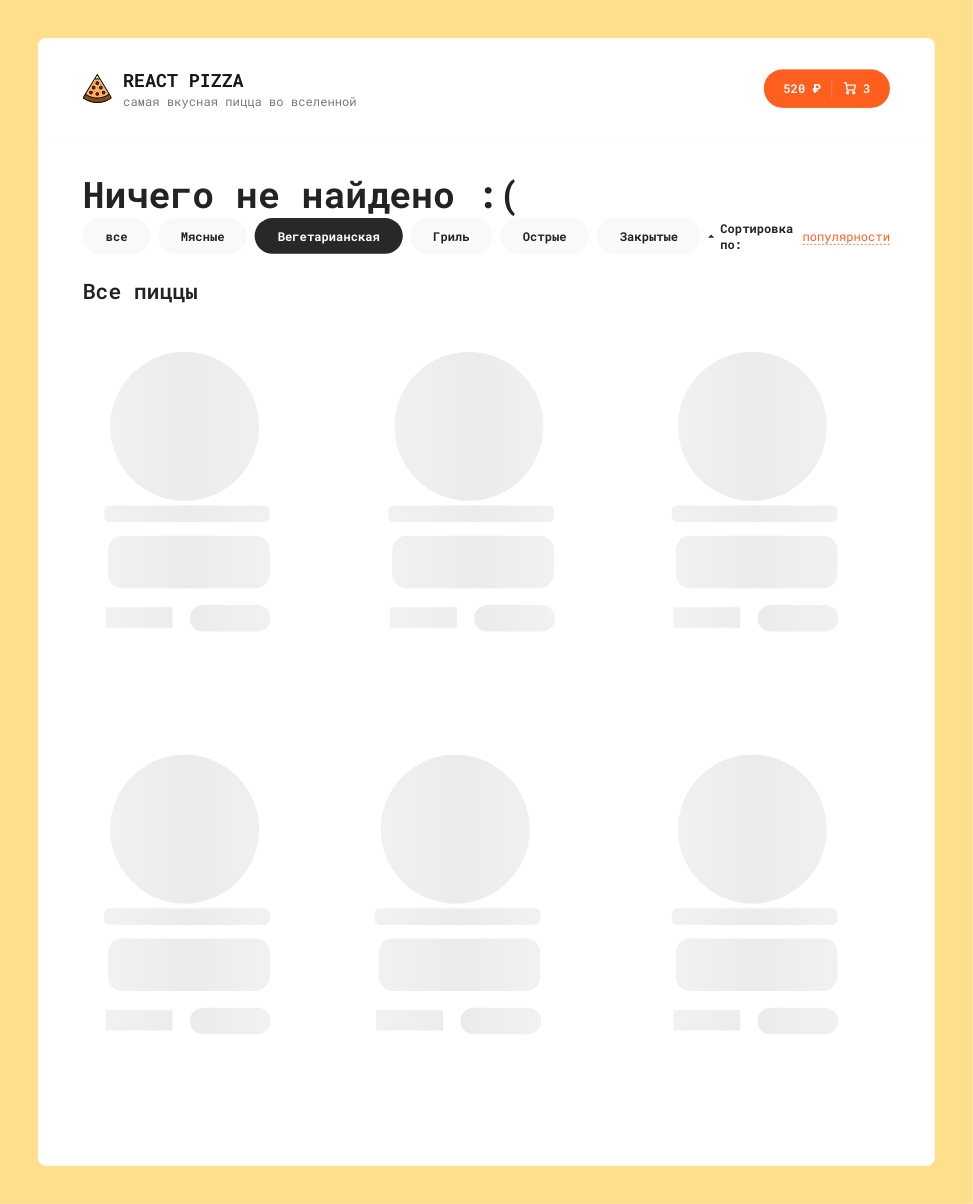
Repository: TI-IT/react-pizza2
Page: /
An editor plug-in stored every save of this project. The page is shown before and after a run of saves, followed by the edit.
The browser window is 1280 px wide. The pictures show the whole page, at 76% of full size.
The page's requests for data from a server got no answer. The project was rebuilt for these pictures with package versions that can differ from the ones it lists, and the page was loaded fresh each time. No one was signed in, and anything a server would have sent is missing. Also part of the build but not shown: src/components/PizzaBlock.jsx.

Above is the page before, as saved 2022-10-09 17:04:28.

After the next 3 saves:
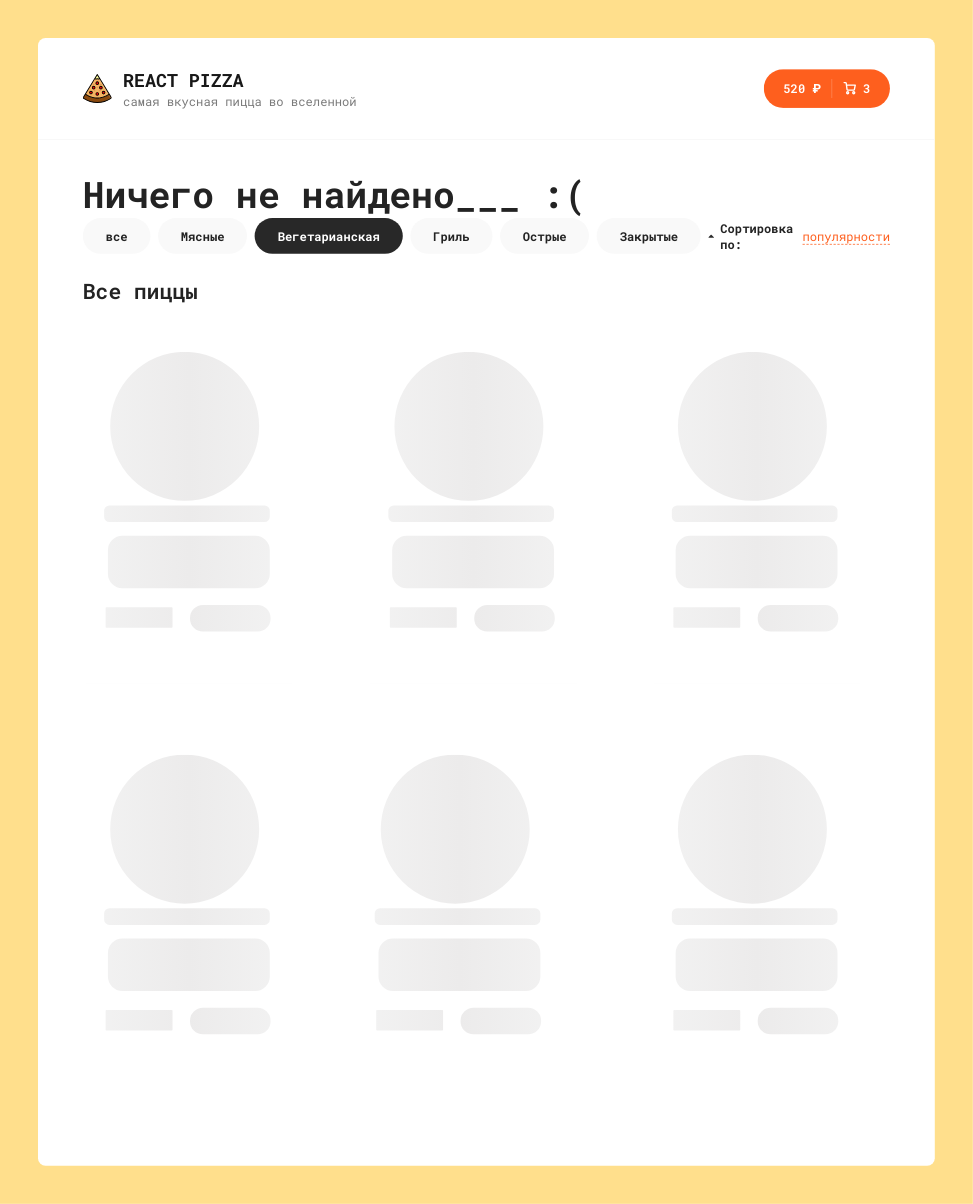
The 3 saves are shown as one change because 2 did not build or start.
The last was saved 83 s later.
--- a/src/components/NotFoundBlock/index.jsx
+++ b/src/components/NotFoundBlock/index.jsx
@@ -3,7 +3,7 @@ import React from 'react'
 const NotFoundBlock = () => {
   return (
     <div>
-      <h1>Ничего не найдено :(</h1>
+      <h1>Ничего не найдено___ :(</h1>
     </div>
   )
 }
